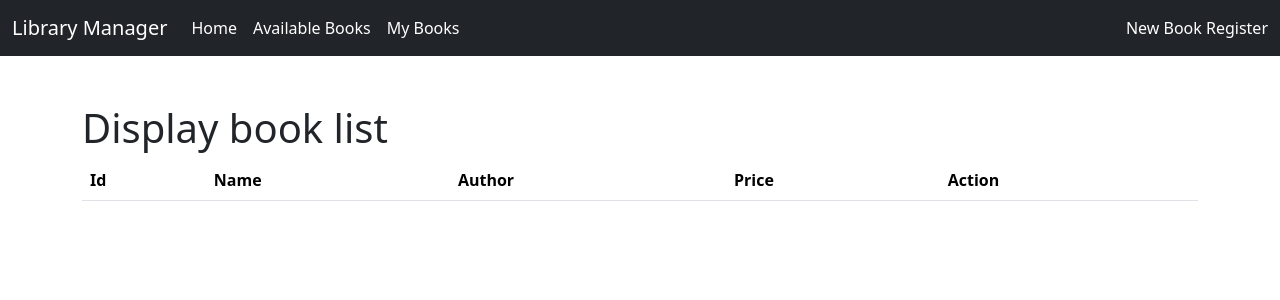
Repository: AkashCoder99/Spring-Libraray-Management
Page: http://localhost/bookList
An editor plug-in stored every save of this project. The page is shown before and after the next save, followed by the edit.
The browser window is 1280 px wide. The pictures show the whole page.
The page is this project's Thymeleaf template; nobody is signed in. The template is opened directly, without the code that normally fills it, so the values that code supplies are empty.

Above is the page before, as saved 2023-05-29 19:28:55.

After the next save:
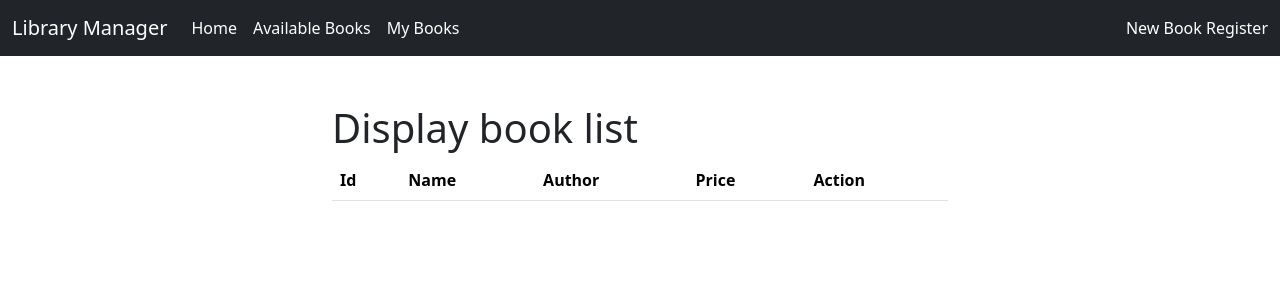
Saved 31 s later.
--- a/bookStore/src/main/resources/templates/bookList.html
+++ b/bookStore/src/main/resources/templates/bookList.html
@@ -37,7 +37,7 @@
 		</div>
 	</nav>
 
-	<div class="container my-5">
+	<div class="container my-5 col-md-6">
 		<h1>Display book list</h1>
 		<table class="table table-stripped table-hover">
 			<thead>
